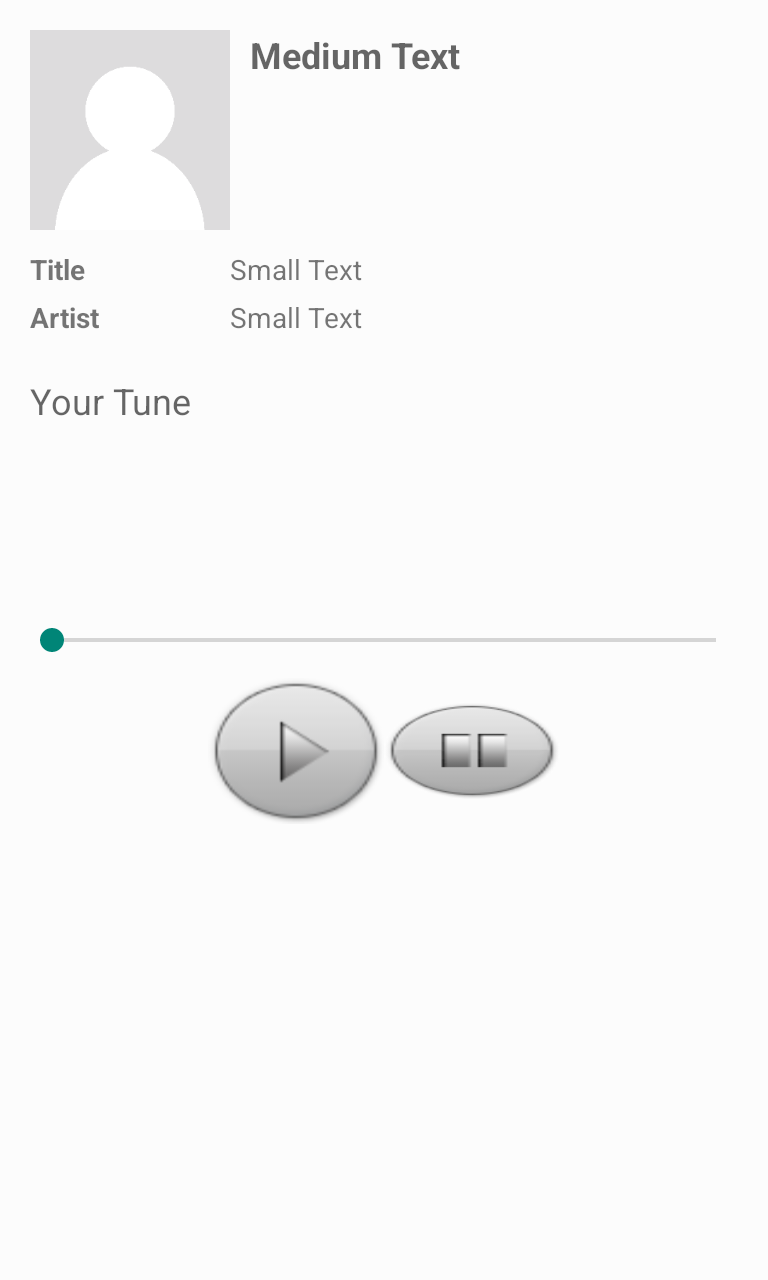
Repository: savindra/cutting-edge
Layout: Humzearch/res/layout/view_response_item.xml
The author's editor kept a copy of each file at every save. The layout is drawn from the files as they stood at one save, then again after the next save.
It is drawn on a 768 x 1280 px phone screen (xhdpi) without system bars, with theme AppTheme; the app's code is not run.

Above is the layout before, as saved 2015-06-15 17:24:57.

### Humzearch/res/layout/view_response_item.xml
<?xml version="1.0" encoding="utf-8"?>
<RelativeLayout xmlns:android="http://schemas.android.com/apk/res/android"
    android:layout_width="match_parent"
    android:layout_height="match_parent"
    android:background="@color/background"
    android:orientation="vertical" >

    <ImageView
        android:id="@+id/imgViewResponseItemUser"
        android:layout_width="100dp"
        android:layout_height="100dp"
        android:layout_alignParentLeft="true"
        android:layout_alignParentTop="true"
        android:layout_marginLeft="15dp"
        android:layout_marginTop="15dp"
        android:src="@drawable/ic_default_user" />

    <LinearLayout
        android:id="@+id/linearLayout1"
        android:layout_width="wrap_content"
        android:layout_height="wrap_content"
        android:layout_alignParentLeft="true"
        android:layout_below="@+id/imgViewResponseItemUser"
        android:layout_marginLeft="15dp"
        android:layout_marginTop="10dp" >

        <TextView
            android:id="@+id/textView1"
            android:layout_width="100dp"
            android:layout_height="wrap_content"
            android:text="@string/title"
            android:textAppearance="?android:attr/textAppearanceSmall"
            android:textStyle="bold" />

        <TextView
            android:id="@+id/txtViewResponseItemTitle"
            android:layout_width="wrap_content"
            android:layout_height="wrap_content"
            android:text="Small Text"
            android:textAppearance="?android:attr/textAppearanceSmall" />
    </LinearLayout>

    <TextView
        android:id="@+id/txtViewResponseName"
        android:layout_width="wrap_content"
        android:layout_height="wrap_content"
        android:layout_alignTop="@+id/imgViewResponseItemUser"
        android:layout_marginLeft="10dp"
        android:layout_toRightOf="@+id/imgViewResponseItemUser"
        android:text="Medium Text"
        android:textAppearance="?android:attr/textAppearanceMedium"
        android:textStyle="bold" />

    <LinearLayout
        android:id="@+id/linearLayout2"
        android:layout_width="wrap_content"
        android:layout_height="wrap_content"
        android:layout_alignLeft="@+id/linearLayout1"
        android:layout_below="@+id/linearLayout1"
        android:layout_marginTop="5dp" >

        <TextView
            android:id="@+id/textView2"
            android:layout_width="100dp"
            android:layout_height="wrap_content"
            android:text="@string/artist"
            android:textAppearance="?android:attr/textAppearanceSmall"
            android:textStyle="bold" />

        <TextView
            android:id="@+id/textView3"
            android:layout_width="wrap_content"
            android:layout_height="wrap_content"
            android:text="Small Text"
            android:textAppearance="?android:attr/textAppearanceSmall" />
    </LinearLayout>

    <TextView
        android:id="@+id/textView4"
        android:layout_width="wrap_content"
        android:layout_height="wrap_content"
        android:layout_alignLeft="@+id/linearLayout2"
        android:layout_below="@+id/linearLayout2"
        android:layout_marginTop="20dp"
        android:text="@string/yourtune"
        android:textAppearance="?android:attr/textAppearanceMedium" />

    <SeekBar
        android:id="@+id/seekBar1"
        android:layout_width="match_parent"
        android:layout_height="wrap_content"
        android:layout_alignParentLeft="true"
        android:layout_centerVertical="true"
        android:layout_margin="10dp" />

    <LinearLayout
        android:layout_width="match_parent"
        android:layout_height="wrap_content"
        android:layout_below="@+id/seekBar1"
        android:gravity="center" >

        <Button
            android:id="@+id/button1"
            android:layout_width="wrap_content"
            android:layout_height="wrap_content"
            android:background="@drawable/play_button" />

        <Button
            android:id="@+id/button2"
            android:layout_width="wrap_content"
            android:layout_height="wrap_content"
            android:background="@drawable/pause_button" />

    </LinearLayout>

</RelativeLayout>

### Humzearch/res/values-v21/style.xml
<?xml version="1.0" encoding="utf-8"?>
<resources>
    <style name="AppTheme" parent="AppTheme.Base">
        <!-- Customize your theme using Material Design here. -->
    </style>
</resources>

### Humzearch/res/values/styles.xml
<resources>

    <!-- Base application theme. -->
    <style name="AppTheme" parent="AppTheme.Base"/>

    <style name="AppTheme.Base" parent="Theme.AppCompat.Light.DarkActionBar">
        <!-- Customize your theme here. -->

        <!-- colorPrimary is used for the default action bar background -->
        <item name="colorPrimary">@color/ColorPrimary</item>

        <!-- colorPrimaryDark is used for the status bar -->
        <item name="colorPrimaryDark">@color/ColorPrimaryDark</item>

        <!-- colorAccent is used as the default value for colorControlActivated
             which is used to tint widgets -->

        <!-- You can also set colorControlNormal, colorControlActivated
             colorControlHighlight & colorSwitchThumbNormal. -->

        <item name="homeAsUpIndicator">@drawable/ic_drawer</item>
		<item name="android:homeAsUpIndicator">@drawable/ic_drawer</item>
    </style>

    <style name="AppTheme.NoTitleBar" parent="Theme.AppCompat.Light.NoActionBar">
        <!-- Customize your theme here. -->

        <!-- colorPrimary is used for the default action bar background -->
        <item name="colorPrimary">@color/ColorPrimary</item>

        <!-- colorPrimaryDark is used for the status bar -->
        <item name="colorPrimaryDark">@color/ColorPrimaryDark</item>

        <!-- colorAccent is used as the default value for colorControlActivated
             which is used to tint widgets -->

        <!-- You can also set colorControlNormal, colorControlActivated
             colorControlHighlight & colorSwitchThumbNormal. -->
    </style>

    <style name="AppTheme.BackButton" parent="Theme.AppCompat.Light.DarkActionBar">
        <!-- Customize your theme here. -->

        <!-- colorPrimary is used for the default action bar background -->
        <item name="colorPrimary">@color/ColorPrimary</item>

        <!-- colorPrimaryDark is used for the status bar -->
        <item name="colorPrimaryDark">@color/ColorPrimaryDark</item>

        <!-- colorAccent is used as the default value for colorControlActivated
             which is used to tint widgets -->

        <!-- You can also set colorControlNormal, colorControlActivated
             colorControlHighlight & colorSwitchThumbNormal. -->
    </style>

    <style name="toolbar_bottom" parent="Widget.AppCompat.Toolbar">
    	<item name="contentInsetStart">0dp</item>
    	<item name="contentInsetEnd">0dp</item>
	</style>

</resources>

### Humzearch/res/values/color.xml
<?xml version="1.0" encoding="utf-8"?>
<resources>
    <color name="ColorPrimary">#e62117</color>
    <color name="ColorPrimaryDark">#c31c13</color>
    <color name="tabsScrollColor">#8a140e</color>
    <color name="fontblack">#000</color>

    <!-- Main menu colors -->
    <color name="list_item_title">#303030</color>
    <color name="list_background">#eee</color>
    <color name="list_background_pressed">#aaa</color>
    <color name="list_divider">#ccc</color>
    <color name="counter_text_bg">#626262</color>
    <color name="counter_text_color">#c5c4c4</color>

    <color name="button">#ccc</color>

    <color name="link">#909090</color>
    <color name="secondbar">#f5f5f5</color>
    <color name="background">#fcfcfc</color>

</resources>

### Humzearch/res/values/dimens.xml
<resources>

    <!-- Default screen margins, per the Android Design guidelines. -->
    <dimen name="activity_horizontal_margin">16dp</dimen>
    <dimen name="activity_vertical_margin">16dp</dimen>
    <dimen name="fontsize">18sp</dimen>

    <dimen name="title">17dp</dimen>
    <dimen name="rating">15dip</dimen>
    <dimen name="genre">13dip</dimen>
    <dimen name="year">12dip</dimen>

</resources>

### Humzearch/res/values/strings.xml
<?xml version="1.0" encoding="utf-8"?>
<resources>

    <string name="app_name">Humzearch</string>
    <string name="hello_world">Hello world!</string>
    <string name="action_settings">Settings</string>
    <string name="username">Username</string>
    <string name="email">Email</string>
    <string name="password">Password</string>
    <string name="login">Login</string>
    <string name="firstname">First Name</string>
    <string name="fullname">Full Name</string>
    <string name="firstandlast">First and Last Name</string>
    <string name="passwordhint">At least 6 characters</string>
    <string name="confirmpass">Confirm Password</string>
    <string name="logout">Logout</string>

    <!-- Nav Drawer Menu Items -->
    <string-array name="main_menu_items">
        <item >Record Tune</item>
        <item >View Tunes</item>
        <item >View Responses</item>
        <item >Rewards</item>
        <item >Messages</item>
        <item >My Account</item>
    </string-array>

    <!-- Nav Drawer List Item Icons -->
    <array name="main_menu_icons">
        <item>@drawable/ic_recordtune</item>
        <item>@drawable/ic_viewtune</item>
        <item>@drawable/ic_viewresponse</item>
        <item>@drawable/ic_reward</item>
        <item>@drawable/ic_messages</item>
        <item>@drawable/ic_myaccount</item>
    </array>

    <string name="desc_list_item_icon">Item Icon</string>

    <string name="timerstart">00:00</string>

    <string name="taptorecord">Tap to Record</string>

    <string name="playpreview">Play Preview</string>

    <string name="notsatisfied">Not satisfied with results?</string>

    <string name="sharewithcommunity">SHARE WITH COMMUNITY</string>

    <!-- Language List -->
    <string-array name="language_array">
        <item>-- Not Selected --</item>
        <item>English</item>
        <item>Chinese/Mandarin</item>
        <item>Spanish</item>
        <item>Arabic</item>
        <item>Hindi</item>
        <item>Russain</item>
        <item>Sinhalese</item>
    </string-array>

    <!-- Country List -->
    <string-array name="countries_array">
        <item>-- Not Selected --</item>
	    <item>Afghanistan</item>
	    <item>Albania</item>
	    <item>Algeria</item>
	    <item>American Samoa</item>
	    <item>Andorra</item>
	    <item>Angola</item>
	    <item>Anguilla</item>
	    <item>Antarctica</item>
	    <item>Antigua and Barbuda</item>
	    <item>Argentina</item>
	    <item>Armenia</item>
	    <item>Aruba</item>
	    <item>Australia</item>
	    <item>Austria</item>
	    <item>Azerbaijan</item>
	    <item>Bahrain</item>
	    <item>Bangladesh</item>
	    <item>Barbados</item>
	    <item>Belarus</item>
	    <item>Belgium</item>
	    <item>Belize</item>
	    <item>Benin</item>
	    <item>Bermuda</item>
	    <item>Bhutan</item>
	    <item>Bolivia</item>
	    <item>Bosnia and Herzegovina</item>
	    <item>Botswana</item>
	    <item>Bouvet Island</item>
	    <item>Brazil</item>
	    <item>British Indian Ocean Territory</item>
	    <item>British Virgin Islands</item>
	    <item>Brunei</item>
	    <item>Bulgaria</item>
	    <item>Burkina Faso</item>
	    <item>Burundi</item>
	    <item>Cambodia</item>
	    <item>Cameroon</item>
	    <item>Canada</item>
	    <item>Cape Verde</item>
	    <item>Cayman Islands</item>
	    <item>Central African Republic</item>
	    <item>Chad</item>
	    <item>Chile</item>
	    <item>China</item>
	    <item>Christmas Island</item>
	    <item>Cocos (Keeling) Islands</item>
	    <item>Colombia</item>
	    <item>Comoros</item>
	    <item>Congo</item>
	    <item>Cook Islands</item>
	    <item>Costa Rica</item>
	    <item>Cote d\'Ivoire</item>
	    <item>Croatia</item>
	    <item>Cuba</item>
	    <item>Cyprus</item>
	    <item>Czech Republic</item>
	    <item>Democratic Republic of the Congo</item>
	    <item>Denmark</item>
	    <item>Djibouti</item>
	    <item>Dominica</item>
	    <item>Dominican Republic</item>
	    <item>East Timor</item>
	    <item>Ecuador</item>
	    <item>Egypt</item>
	    <item>El Salvador</item>
	    <item>Equatorial Guinea</item>
	    <item>Eritrea</item>
	    <item>Estonia</item>
	    <item>Ethiopia</item>
	    <item>Faeroe Islands</item>
	    <item>Falkland Islands</item>
	    <item>Fiji</item>
	    <item>Finland</item>
	    <item>Former Yugoslav Republic of Macedonia</item>
	    <item>France</item>
	    <item>French Guiana</item>
	    <item>French Polynesia</item>
	    <item>French Southern Territories</item>
	    <item>Gabon</item>
	    <item>Georgia</item>
	    <item>Germany</item>
	    <item>Ghana</item>
	    <item>Gibraltar</item>
	    <item>Greece</item>
	    <item>Greenland</item>
	    <item>Grenada</item>
	    <item>Guadeloupe</item>
	    <item>Guam</item>
	    <item>Guatemala</item>
	    <item>Guinea</item>
	    <item>Guinea-Bissau</item>
	    <item>Guyana</item>
	    <item>Haiti</item>
	    <item>Heard Island and McDonald Islands</item>
	    <item>Honduras</item>
	    <item>Hong Kong</item>
	    <item>Hungary</item>
	    <item>Iceland</item>
	    <item>India</item>
	    <item>Indonesia</item>
	    <item>Iran</item>
	    <item>Iraq</item>
	    <item>Ireland</item>
	    <item>Israel</item>
	    <item>Italy</item>
	    <item>Jamaica</item>
	    <item>Japan</item>
	    <item>Jordan</item>
	    <item>Kazakhstan</item>
	    <item>Kenya</item>
	    <item>Kiribati</item>
	    <item>Kuwait</item>
	    <item>Kyrgyzstan</item>
	    <item>Laos</item>
	    <item>Latvia</item>
	    <item>Lebanon</item>
	    <item>Lesotho</item>
	    <item>Liberia</item>
	    <item>Libya</item>
	    <item>Liechtenstein</item>
	    <item>Lithuania</item>
	    <item>Luxembourg</item>
	    <item>Macau</item>
	    <item>Madagascar</item>
	    <item>Malawi</item>
	    <item>Malaysia</item>
	    <item>Maldives</item>
	    <item>Mali</item>
	    <item>Malta</item>
	    <item>Marshall Islands</item>
	    <item>Martinique</item>
	    <item>Mauritania</item>
	    <item>Mauritius</item>
	    <item>Mayotte</item>
	    <item>Mexico</item>
	    <item>Micronesia</item>
	    <item>Moldova</item>
	    <item>Monaco</item>
	    <item>Mongolia</item>
	    <item>Montenegro</item>
	    <item>Montserrat</item>
	    <item>Morocco</item>
	    <item>Mozambique</item>
	    <item>Myanmar</item>
	    <item>Namibia</item>
	    <item>Nauru</item>
	    <item>Nepal</item>
	    <item>Netherlands</item>
	    <item>Netherlands Antilles</item>
	    <item>New Caledonia</item>
	    <item>New Zealand</item>
	    <item>Nicaragua</item>
	    <item>Niger</item>
	    <item>Nigeria</item>
	    <item>Niue</item>
	    <item>Norfolk Island</item>
	    <item>North Korea</item>
	    <item>Northern Marianas</item>
	    <item>Norway</item>
	    <item>Oman</item>
	    <item>Pakistan</item>
	    <item>Palau</item>
	    <item>Panama</item>
	    <item>Papua New Guinea</item>
	    <item>Paraguay</item>
	    <item>Peru</item>
	    <item>Philippines</item>
	    <item>Pitcairn Islands</item>
	    <item>Poland</item>
	    <item>Portugal</item>
	    <item>Puerto Rico</item>
	    <item>Qatar</item>
	    <item>Reunion</item>
	    <item>Romania</item>
	    <item>Russia</item>
	    <item>Rwanda</item>
	    <item>Sqo Tome and Principe</item>
	    <item>Saint Helena</item>
	    <item>Saint Kitts and Nevis</item>
	    <item>Saint Lucia</item>
	    <item>Saint Pierre and Miquelon</item>
	    <item>Saint Vincent and the Grenadines</item>
	    <item>Samoa</item>
	    <item>San Marino</item>
	    <item>Saudi Arabia</item>
	    <item>Senegal</item>
	    <item>Serbia</item>
	    <item>Seychelles</item>
	    <item>Sierra Leone</item>
	    <item>Singapore</item>
	    <item>Slovakia</item>
	    <item>Slovenia</item>
	    <item>Solomon Islands</item>
	    <item>Somalia</item>
	    <item>South Africa</item>
	    <item>South Georgia and the South Sandwich Islands</item>
	    <item>South Korea</item>
	    <item>South Sudan</item>
	    <item>Spain</item>
	    <item>Sri Lanka</item>
	    <item>Sudan</item>
	    <item>Suriname</item>
	    <item>Svalbard and Jan Mayen</item>
	    <item>Swaziland</item>
	    <item>Sweden</item>
	    <item>Switzerland</item>
	    <item>Syria</item>
	    <item>Taiwan</item>
	    <item>Tajikistan</item>
	    <item>Tanzania</item>
	    <item>Thailand</item>
	    <item>The Bahamas</item>
	    <item>The Gambia</item>
	    <item>Togo</item>
	    <item>Tokelau</item>
	    <item>Tonga</item>
	    <item>Trinidad and Tobago</item>
	    <item>Tunisia</item>
	    <item>Turkey</item>
	    <item>Turkmenistan</item>
	    <item>Turks and Caicos Islands</item>
	    <item>Tuvalu</item>
	    <item>Virgin Islands</item>
	    <item>Uganda</item>
	    <item>Ukraine</item>
	    <item>United Arab Emirates</item>
	    <item>United Kingdom</item>
	    <item>United States</item>
	    <item>United States Minor Outlying Islands</item>
	    <item>Uruguay</item>
	    <item>Uzbekistan</item>
	    <item>Vanuatu</item>
	    <item>Vatican City</item>
	    <item>Venezuela</item>
	    <item>Vietnam</item>
	    <item>Wallis and Futuna</item>
	    <item>Western Sahara</item>
	    <item>Yemen</item>
	    <item>Yugoslavia</item>
	    <item>Zambia</item>
	    <item>Zimbabwe</item>
 	</string-array>
	    <string name="artist">Artist</string>
	    <string name="language">Language</string>
	    <string name="country">Country</string>
	    <string name="year">Year</string>
	    <string name="share">Share</string>
	    <string name="playtune">Play Tune</string>
	    <string name="addresponse">ADD RESPONSE</string>
	    <string name="title">Title</string>
	    <string name="alltunes">All Tunes</string>
	    <string name="mytunes">My Tunes</string>
	    <string name="deletepermanently">Delete Permanently</string>
	    <string name="yourtune">Your Tune</string>

</resources>

### Humzearch/res/drawable/play_button.xml
<?xml version="1.0" encoding="utf-8"?>
<selector xmlns:android="http://schemas.android.com/apk/res/android">
    <item android:drawable="@drawable/ic_play_pressed"
          android:state_pressed="true" />
    <item android:drawable="@drawable/ic_play_focussed"
          android:state_focused="true" />
    <item android:drawable="@drawable/ic_play_normal" />
</selector>

### Humzearch/res/drawable/pause_button.xml
<?xml version="1.0" encoding="utf-8"?>
<selector xmlns:android="http://schemas.android.com/apk/res/android">
    <item android:drawable="@drawable/ic_pause_pressed"
          android:state_pressed="true" />
    <item android:drawable="@drawable/ic_pause_focussed"
          android:state_focused="true" />
    <item android:drawable="@drawable/ic_pause_normal" />
</selector>

After the next save:
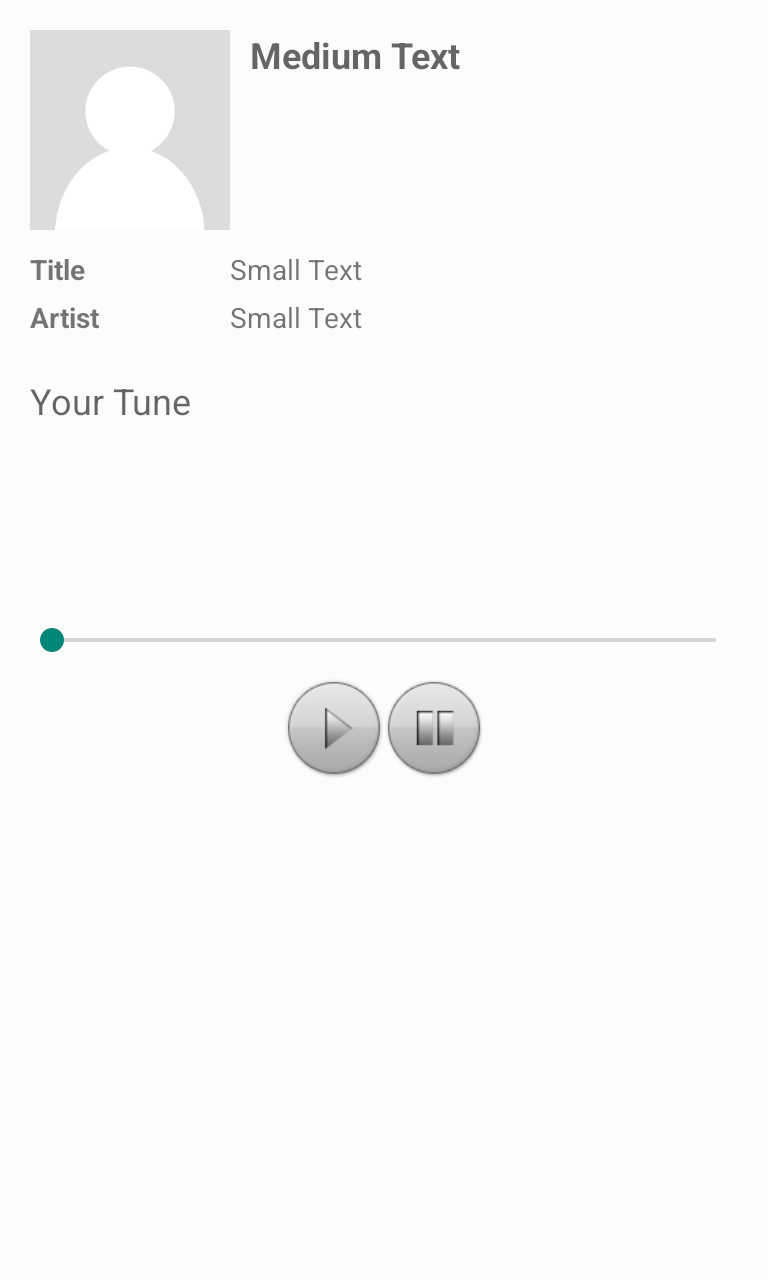
Saved 44 s later.
--- a/Humzearch/res/layout/view_response_item.xml
+++ b/Humzearch/res/layout/view_response_item.xml
@@ -101,14 +101,14 @@
 
         <Button
             android:id="@+id/button1"
-            android:layout_width="wrap_content"
-            android:layout_height="wrap_content"
+            android:layout_width="50dp"
+            android:layout_height="50dp"
             android:background="@drawable/play_button" />
 
         <Button
             android:id="@+id/button2"
-            android:layout_width="wrap_content"
-            android:layout_height="wrap_content"
+            android:layout_width="50dp"
+            android:layout_height="50dp"
             android:background="@drawable/pause_button" />
 
     </LinearLayout>
